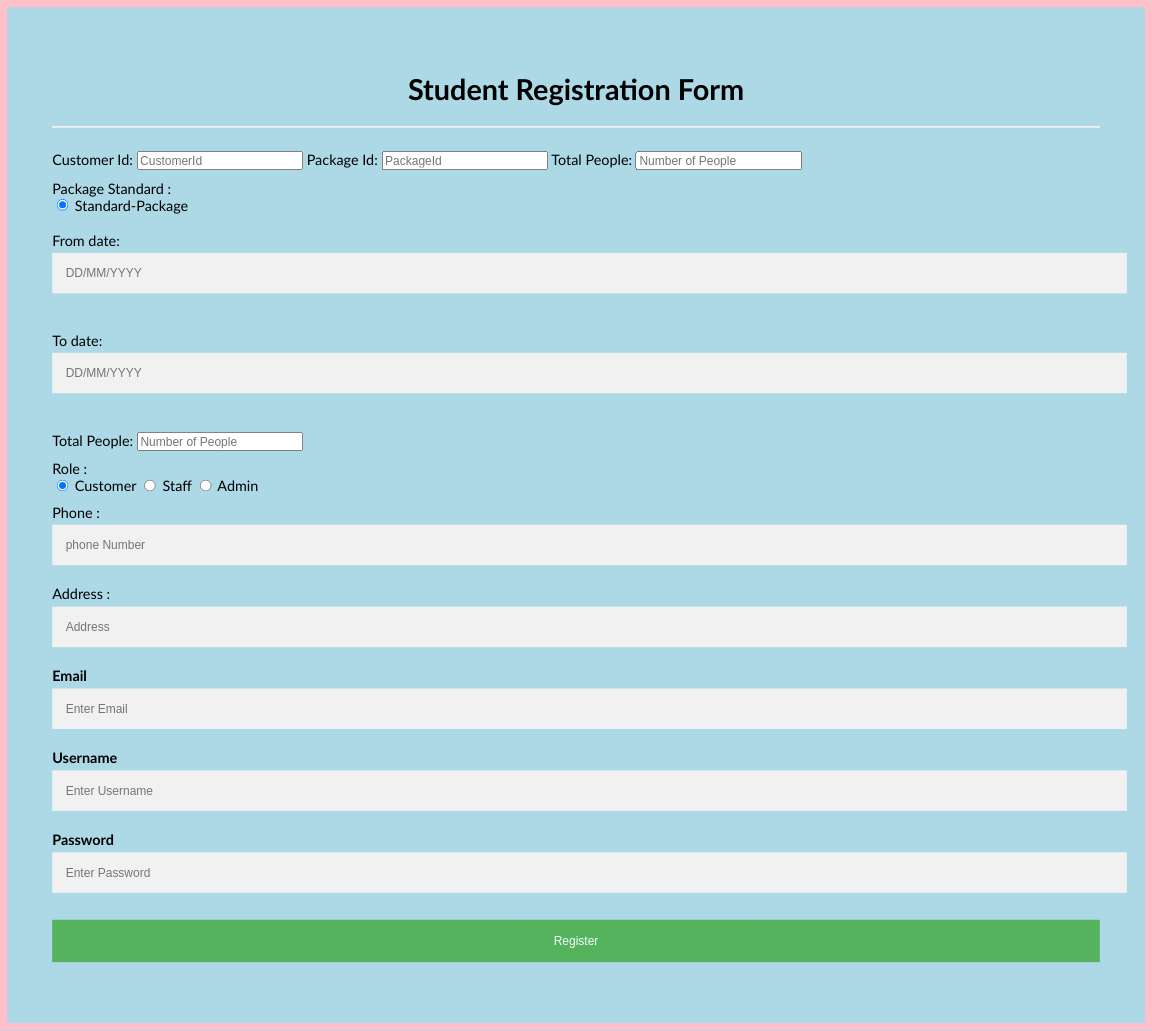
Repository: shivambhat45/Tour-Booking
Page: http://localhost/booking
These files come from the project's save history. The page is drawn as it stood at one moment and after the next save; the edit follows.
The browser window is 1280 px wide. The pictures show the whole page, at 90% of full size.
The page is this project's Thymeleaf template; nobody is signed in. The template is opened directly, without the code that normally fills it, so the values that code supplies are empty.

Above is the page before, as saved 2022-10-29 08:29:20.

### frontend-ui/src/main/resources/templates/booking.html
<!DOCTYPE html>
<html>
<head>
<meta name="viewport" content="width=device-width, initial-scale=1">
<style>
body{
  font-family: Calibri, Helvetica, sans-serif;
  background-color: pink;
}
.container {
    padding: 50px;
  background-color: lightblue;
}

input[type=text], input[type=password], textarea {
  width: 100%;
  padding: 15px;
  margin: 5px 0 22px 0;
  display: inline-block;
  border: none;
  background: #f1f1f1;
}
input[type=text]:focus, input[type=password]:focus {
  background-color: orange;
  outline: none;
}
 div {
            padding: 10px 0;
         }
hr {
  border: 1px solid #f1f1f1;
  margin-bottom: 25px;
}
.registerbtn {
  background-color: #4CAF50;
  color: white;
  padding: 16px 20px;
  margin: 8px 0;
  border: none;
  cursor: pointer;
  width: 100%;
  opacity: 0.9;
}
.registerbtn:hover {
  opacity: 1;
}
</style>
</head>
<body>
<form action="booking" method="POST">
  <div class="container">
  <center>  <h1> Student Registration Form</h1> </center>
  <hr>
  <label>Customer Id: </label>
<input type="number" name="customerId" placeholder= "CustomerId" size="15" required />
<label> Package Id: </label>
<input type="number" name="packageId" placeholder="PackageId" size="15"required />
<label> Total People: </label>
<input type="number" name="totalPeople" placeholder="Number of People" size="15"required />
<div>
<label>
Package Standard :
</label><br>
<input type="radio" value="Standard-Package" name="packageStandard" checked> Standard-Package
</div>
<div>
<label> From date: </label>
<input type="text" name="fromDate" placeholder="DD/MM/YYYY" size="15"required />
</div>
<div>
<label> To date: </label>
<input type="text" name="fromDate" placeholder="DD/MM/YYYY" size="15"required />
</div>
<div>
<label> Total People: </label>
<input type="number" name="totalPeople" placeholder="Number of People" size="15"required />
<div>

<label>
Role :
</label><br>
<input type="radio" value="CUSTOMER" name="role" checked > Customer
<input type="radio" value="STAFF" name="role"> Staff
<input type="radio" value="ADMIN" name="role"> Admin

</div>
<label>
Phone :
</label>
<input type="text" name="phoneNo" placeholder="phone Number" size="10"/ required>
Address :
<input type="text" name="address" placeholder="Address" size="20"/ required>
</textarea>
 <label for="email"><b>Email</b></label>
 <input type="text" placeholder="Enter Email" name="email" required>
 <label for="username"><b>Username</b></label>
 <input type="text" placeholder="Enter Username" name="username" required>

    <label for="psw"><b>Password</b></label>
    <input type="password" placeholder="Enter Password" name="password" required>
    <button type="submit" class="registerbtn">Register</button>
</form>
</body>
</html>

After the next save:
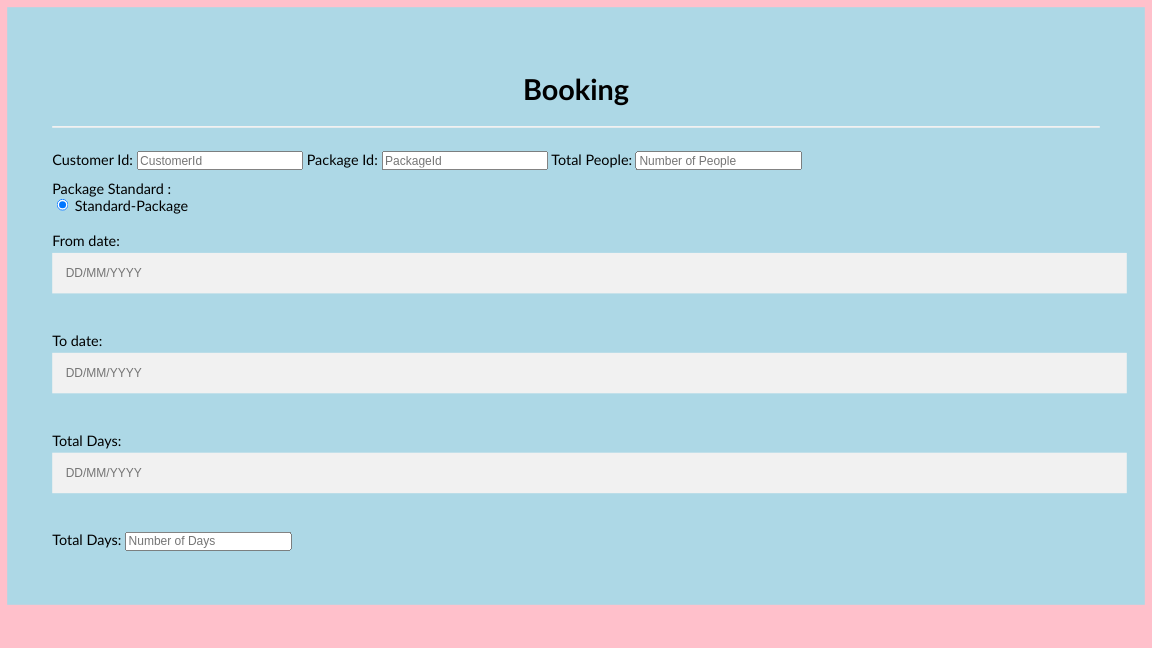
Saved 14 min 51 s later.
--- a/frontend-ui/src/main/resources/templates/booking.html
+++ b/frontend-ui/src/main/resources/templates/booking.html
@@ -49,7 +49,7 @@ hr {
 <body>
 <form action="booking" method="POST">
   <div class="container">
-  <center>  <h1> Student Registration Form</h1> </center>
+  <center>  <h1> Booking</h1> </center>
   <hr>
   <label>Customer Id: </label>
 <input type="number" name="customerId" placeholder= "CustomerId" size="15" required />
@@ -72,33 +72,13 @@ Package Standard :
 <input type="text" name="fromDate" placeholder="DD/MM/YYYY" size="15"required />
 </div>
 <div>
-<label> Total People: </label>
-<input type="number" name="totalPeople" placeholder="Number of People" size="15"required />
+<label> Total Days: </label>
+<input type="text" name="fromDate" placeholder="DD/MM/YYYY" size="15" disabled />
+</div>
 <div>
+<label> Total Days: </label>
+<input type="number" name="totalDays" placeholder="Number of Days" size="15"required />
 
-<label>
-Role :
-</label><br>
-<input type="radio" value="CUSTOMER" name="role" checked > Customer
-<input type="radio" value="STAFF" name="role"> Staff
-<input type="radio" value="ADMIN" name="role"> Admin
-
-</div>
-<label>
-Phone :
-</label>
-<input type="text" name="phoneNo" placeholder="phone Number" size="10"/ required>
-Address :
-<input type="text" name="address" placeholder="Address" size="20"/ required>
-</textarea>
- <label for="email"><b>Email</b></label>
- <input type="text" placeholder="Enter Email" name="email" required>
- <label for="username"><b>Username</b></label>
- <input type="text" placeholder="Enter Username" name="username" required>
-
-    <label for="psw"><b>Password</b></label>
-    <input type="password" placeholder="Enter Password" name="password" required>
-    <button type="submit" class="registerbtn">Register</button>
 </form>
 </body>
 </html>
